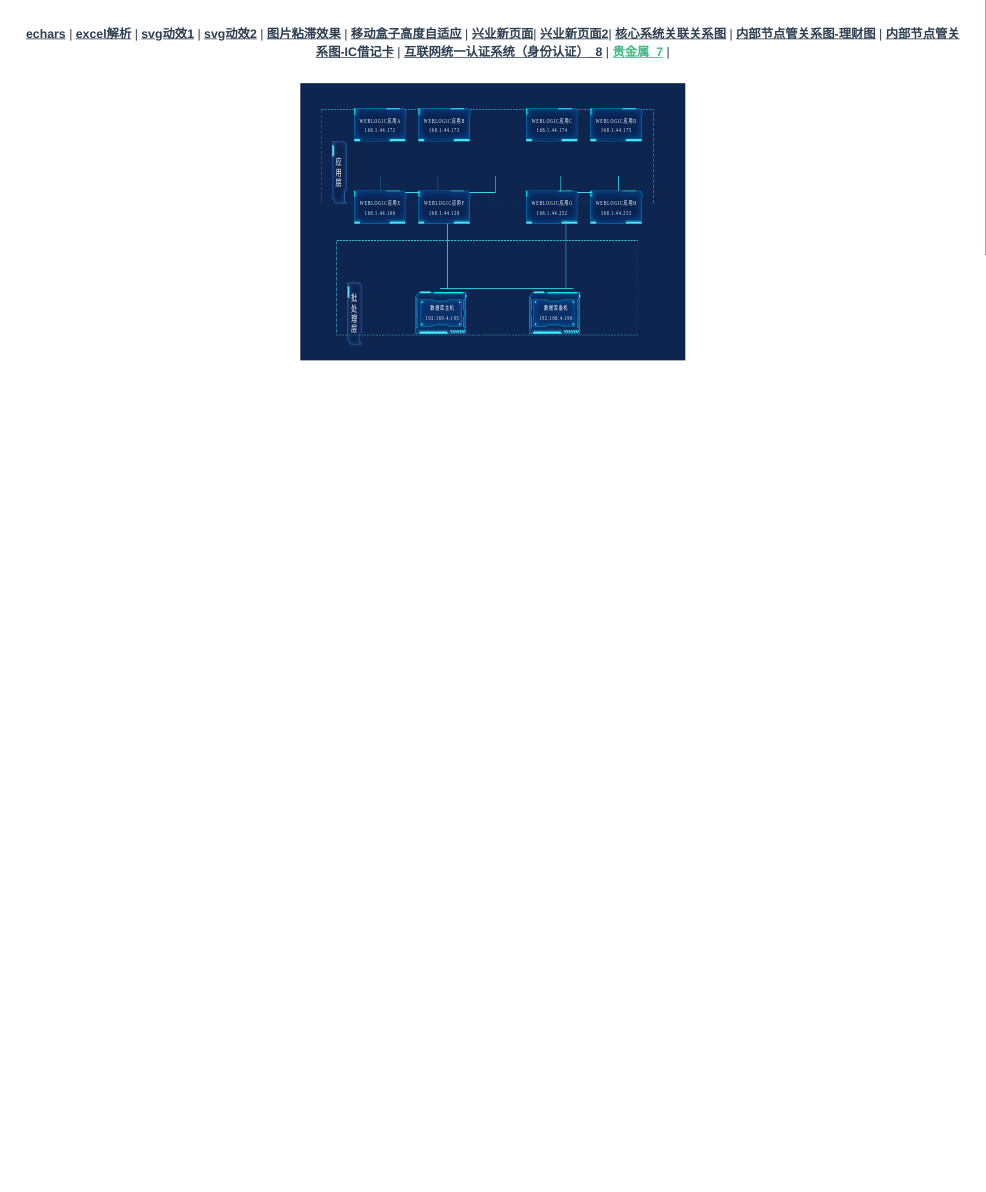
Repository: dmj199811/animation-dmj
Page: /#/work-page9
These files come from the project's save history. The page is drawn as it stood at one moment and after the next save; the edit follows.
The browser window is 1280 px wide. The pictures show the whole page, at 77% of full size.
The project was rebuilt for these pictures with package versions that can differ from the ones it lists, and the page was loaded fresh each time.

Above is the page before, as saved 2020-07-05 16:56:22.

After the next save:
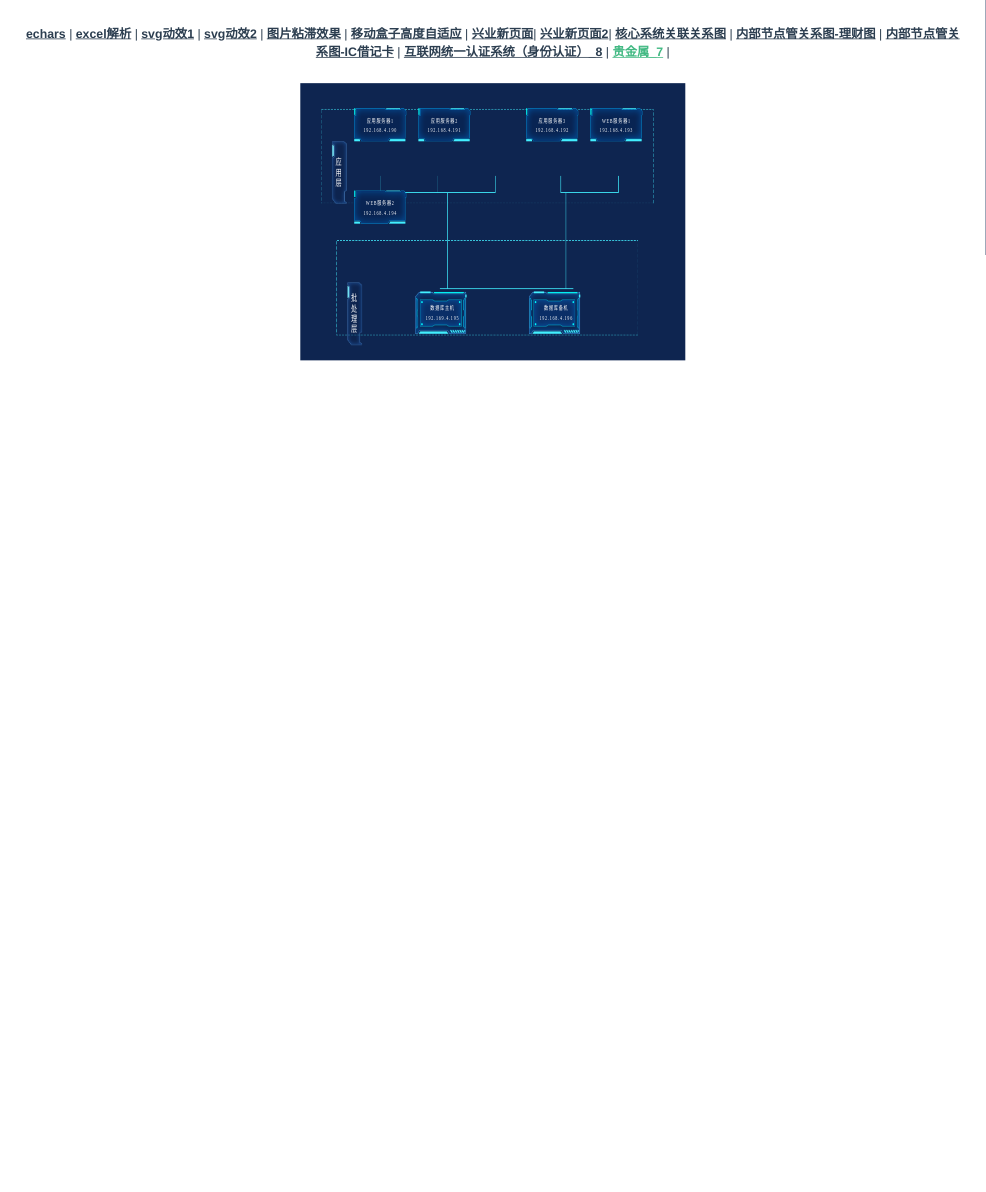
Saved 4 min 57 s later.
--- a/src/views/newPage7/index.vue
+++ b/src/views/newPage7/index.vue
@@ -5,37 +5,26 @@
       <div class="use-box-top">
         <div class="use-box-top-content">
           <div class="use-box-top-item web1">
-            <div>WEBLOGIC应用A</div>
-            <div>168.1.44.172</div>
+            <div>应用服务器1</div>
+            <div>192.168.4.190</div>
           </div>
           <div class="use-box-top-item web2">
-            <div>WEBLOGIC应用B</div>
-            <div>168.1.44.173</div>
+            <div>应用服务器2</div>
+            <div>192.168.4.191</div>
           </div>
           <div class="use-box-top-item web3">
-            <div>WEBLOGIC应用C</div>
-            <div>168.1.44.174</div>
+            <div>应用服务器3</div>
+            <div>192.168.4.192</div>
           </div>
           <div class="use-box-top-item web4">
-            <div>WEBLOGIC应用D</div>
-            <div>168.1.44.175</div>
+            <div>WEB服务器1</div>
+            <div>192.168.4.193</div>
           </div>
           <div class="use-box-top-item web5">
-            <div>WEBLOGIC应用E</div>
-            <div>168.1.44.106</div>
-          </div>
-          <div class="use-box-top-item web6">
-            <div>WEBLOGIC应用F</div>
-            <div>168.1.44.128</div>
-          </div>
-          <div class="use-box-top-item web7">
-            <div>WEBLOGIC应用G</div>
-            <div>168.1.44.252</div>
-          </div>
-          <div class="use-box-top-item web8">
-            <div>WEBLOGIC应用H</div>
-            <div>168.1.44.253</div>
-          </div>
+            <div>WEB服务器2</div>
+            <div>192.168.4.194</div>
+          </div>
+
 
         </div>
                 <!-- 数据库主机 -->
